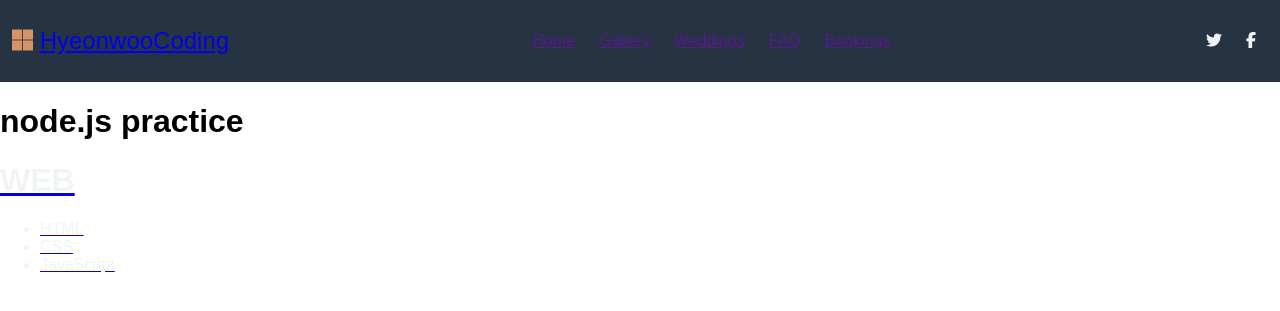
Repository: hhw12409/pracite-node.js
Page: http://localhost/
An editor plug-in stored every save of this project. The page is shown before and after the next save, followed by the edit.
The browser window is 1280 px wide. The pictures show the whole page.
Some web fonts or font styles are not loaded; a fallback is used. Some web libraries are served in a nearby version. The page is served by the project's Node server (server.js).

Above is the page before, as saved 2022-04-30 09:58:22.
Not found: main.js

### views/index.ejs
<!DOCTYPE html>
<html lang="en">
<head>
  <meta charset="UTF-8">
  <meta http-equiv="X-UA-Compatible" content="IE=edge">
  <meta name="viewport" content="width=device-width, initial-scale=1.0">
  <title>node.js practice</title>
</head>
<body>
  <%- include('nav.html')%>
  <h1>node.js practice</h1>
  <a href="/"><h1>WEB</h1></a>
  <ul>
    <a href="/html"><li>HTML</li></a>
    <a href="/css"><li>CSS</li></a>
    <a href="/javascript"><li>JavaScript</li></a>
  </ul>
</body>
</html>

### views/nav.html

<!DOCTYPE html>
<html lang="en">
<head>
    <meta charset="UTF-8">
    <meta http-equiv="X-UA-Compatible" content="IE=edge">
    <meta name="viewport" content="width=device-width, initial-scale=1.0">
    <link rel="stylesheet" href="/css/styles.css">
    <link rel="preconnect" href="https://fonts.googleapis.com">
    <link rel="preconnect" href="https://fonts.gstatic.com" crossorigin>
    <title>Nav bar</title>
    <script
    src="https://kit.fontawesome.com/6478f529f2.js"
    crossorigin="anonymous">
    </script>
    <script src="main.js" defer></script>
</head>
<body>
    <nav class="navbar">
        <div class="navbar__logo">
            <i class="fab fa-microsoft"></i>
            <a href="#">HyeonwooCoding</a>
        </div>

        <ul class="navbar__menu">
            <li><a href="">Home</a></li>
            <li><a href="">Gallery</a></li>
            <li><a href="">Weddings</a></li>
            <li><a href="">FAQ</a></li>
            <li><a href="">Bookings</a></li>
        </ul>

        <ul class="navbar__icons">
            <li><i class="fab fa-twitter"></i></li>
            <li><i class="fab fa-facebook-f"></i></li>
        </ul>

        <a href="#" class="navbar__togleBtn">
            <i class="fas fa-bars"></i>
        </a>
    </nav>
</body>
</html>

### server.js
const express = require('express');
const app = express();

// css middleware연동
app.use(express.static(__dirname + '/public'));

app.set('view engine', 'ejs');

require('dotenv').config()

app.get('/', (req, res)=> {
  res.render('index.ejs', {})
})

app.get('/html', (req, res)=> {
  res.render('html.ejs', {})
})

app.get('/css', (req, res)=> {
  res.render('css.ejs', {})
})

app.get('/javascript', (req, res)=> {
  res.render('javascript.ejs', {})
})

app.listen(process.env.PORT , function(){
  console.log("listening on server");
});

### public/css/styles.css
@import url("https://fonts.googleapis.com/css2?family=Source+Sans+Pro&display=swap");

@import "variables.css";

/* Components */
@import "components/nav-bar.css";

body{
  margin: 0;
  font-family: 'Source Sans Pro', sans-serif;
}

a :not(link) {
  text-decoration: none;
  color:var(--text-color);
}

### public/css/variables.css
:root {
  --text-color: #f0f4f5;
  --background-color: #263343;
  --accent-color: #d49466;
}

### public/css/components/nav-bar.css
.navbar {
  display: flex;
  justify-content: space-between;
  align-items: center;
  background-color: var(--background-color);
  padding: 8px 12px;
}

.navbar__logo {
  font-size: 24px;
  color: var(--text-color);
}

.navbar__logo i {
  color: var(--accent-color);
}

.navbar__menu {
  display: flex;
  list-style: none;
  padding-left: 0;
}

.navbar__menu li {
  padding : 8px 12px;
}

.navbar__menu li:hover {
  background-color: var(--accent-color);
  border-radius: 4px;
}

.navbar__icons {
  list-style: none;
  color:var(--text-color);
  display: flex;
  padding-left: 0;
}

.navbar__icons li {
  padding: 8px 12px;
}

.navbar__togleBtn {
  display: none;
  position: absolute;
  right: 32px;
  font-size: 24px;
  color: var(--accent-color);
}

@media screen and (max-width: 768px) {
  .navbar {
      flex-direction: column;
      align-items: flex-start;
      padding: 8px 24px;
  }

  .navbar__menu {
      display: none;
      flex-direction: column;
      align-items: center;
      width: 100%;
  }

  .navbar__menu li {
      width:100%;
      text-align: center;
  }

  .navbar__icons {
      display: none;
      justify-content: center;
      width: 100%;
  }

  .navbar__togleBtn {
      display: block;
  }

  .navbar__menu.active,
  .navbar__icons.active {
      display: flex;
  }
}

After the next save:
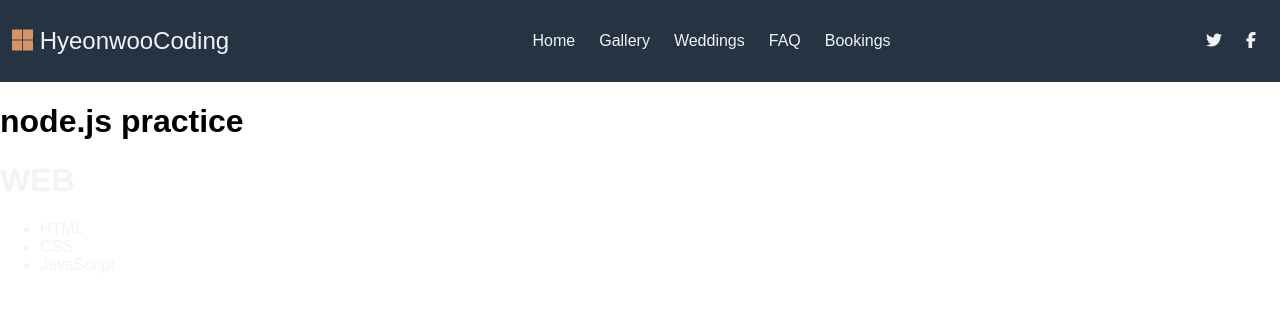
Saved 9 s later.
--- a/public/css/styles.css
+++ b/public/css/styles.css
@@ -10,7 +10,7 @@ body{
   font-family: 'Source Sans Pro', sans-serif;
 }
 
-a :not(link) {
+a {
   text-decoration: none;
   color:var(--text-color);
 }
